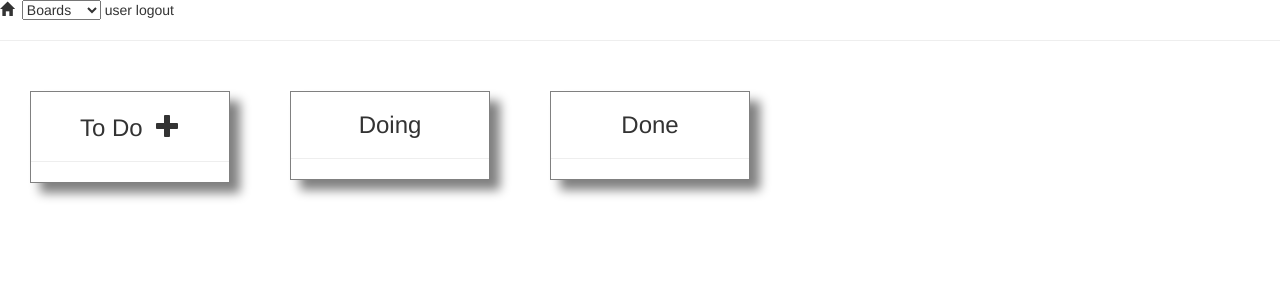
Repository: KIM-KYOUNG-OH/bitcamp-window
Page: Note/WebContent/front/note.html
The author's editor kept a copy of each file at every save. The page is drawn from the files as they stood at one save, then again after the next save.
The browser window is 1280 px wide. The pictures show the whole page.

Above is the page before, as saved 2020-10-30 08:59:21.

### Note/WebContent/front/note.html
<!DOCTYPE html>
<html>
<head>
<meta charset="UTF-8">
<title>Insert title here</title>
<!-- Latest compiled and minified CSS -->
<link rel="stylesheet" href="https://maxcdn.bootstrapcdn.com/bootstrap/3.4.1/css/bootstrap.min.css">

<!-- jQuery library -->
<script src="https://ajax.googleapis.com/ajax/libs/jquery/3.5.1/jquery.min.js"></script>

<!-- Latest compiled JavaScript -->
<script src="https://maxcdn.bootstrapcdn.com/bootstrap/3.4.1/js/bootstrap.min.js"></script>
<script src="https://code.jquery.com/jquery-3.5.0.js"></script>
<style type="text/css">
	div.boards{
		text-align: center;
		float: left;
		margin: 30px;
		border: 1px solid gray;
		box-shadow: 10px 10px 10px grey;
		width: 200px;
	}

	#create_data{
		text-align: right;
	}

	.board_title{
		display: none;
	}

	.icon{
		text-align: right;
	}

	.add_data:hover{
		cursor: pointer;
		font-weight: bold;
		color: green;
	}

	#dialog-form>form{
		position: absolute;
		left: 100px;
		top: 100px;
		width: 300px;
		border: 1px solid black;
		background-color: white;
		z-index: 10;
		padding: 10px;
	}

	#update-form>form{
		position: absolute;
		left: 100px;
		top: 100px;
		width: 300px;
		border: 1px solid black;
		background-color: white;
		z-index: 10;
		padding: 10px;
	}

	div.lst:hover{
		background-color: rgb(211,211,211);
		cursor: pointer;

	}

	div.lst{
		margin: 5px;
	}

	img.imgs{
		width: 188px;
	}

</style>
</head>
<script type="text/javascript">
$(function(){
	$("#dialog-form").hide();
	$('#update-form').hide();
	showDatas();

	$("#create_data").click(function(){
		$("#dialog-form").show();
	});

	// 노트 추가
	$("#btnadd").click(function(){
		var title = $("#title").val();
		var description = $("#description").val();
		var imageValue = $("#image").val().split("\\");
		var image = imageValue[imageValue.length-1];
		var dueDate = $("#dueDate").val();
		$.ajax({
			type:'get',
			url:'./insertdata.jsp',
			datatype:'html',
			data:{"title":title,"description":description,
				"image":image,"dueDate":dueDate},
			success:function(data){
				showDatas();
			}
		});
	});

	// insert폼창 닫기
	$("#btncancel").click(function(){
		$("#title").val('');
		$("#description").val('');
		$("#comment").val('');
		$("#image").val('');
		$("#dueDate").val('');
		$("#dialog-form").hide();
	});

	// 데이터 클릭시 form창 열기
	$(document).one('click', 'div.lst', function(data) {
		$('#update-form').show();
		var num = $(this).attr("num");
		showFormData(num);
	})

	// update폼창 닫기
	$('#up_btncancel').click(function(){
		//$("#up_title").val('');
		//$("#up_description").val('');
		//$("#up_comment").val('');
		//$("#up_image").val('');
		//$("#up_dueDate").val('');
		$('#update-form').hide();
	});

	// update
	$("#btnupdate").click(function(){
		var num = $("#up_title").attr('num');
		var title = $("#up_title").val();
		var description = $("#up_description").val();
		var commention = $("#up_comment").val();
		console.log(commention);
		var imageValue = $("#up_image").val().split("\\");
		var image = imageValue[imageValue.length-1];
		var dueDate = $("#up_dueDate").val();
		updateData(num,title,description,commention,image,dueDate);
	});

	//insert form창 작은 이미지
	$("#image").change(function(){
		console.log("1:"+$(this)[0].files.length);
		console.log("2:"+$(this)[0].files[0]);

		if($(this)[0].files[0]){
			var reader = new FileReader();
			reader.onload=function(e){
				$("#showimg").attr("src",e.target.result);
			}
			reader.readAsDataURL($(this)[0].files[0]);
		}
	});

	//update form창 작은 이미지
	$("#up_image").change(function(){
		console.log("1:"+$(this)[0].files.length);
		console.log("2:"+$(this)[0].files[0]);

		if($(this)[0].files[0]){
			var reader = new FileReader();
			reader.onload=function(e){
				$("#up_showimg").attr("src",e.target.result);
			}
			reader.readAsDataURL($(this)[0].files[0]);
		}
	});

	$("#chat").click(function(){
		var a = localStorage['email'].split('@');
		var name = a[0];
		var t = $("#up_comment").html();
		var message = $("#up_input_comment").val();
		var s = name + ">><br>&nbsp;" +message+"<br>";
		$("#up_input_comment").val('');
		t += s;
		if(message.length>0){
			$("#up_comment").html(t);
		}
	});

	// delete
	$("#btndelete").click(function(){
		var num = $("#up_title").attr('num');
		console.log(num);
		deleteData(num);
	});
});

function deleteData(num){
	$.ajax({
		type: 'get',
		url: './deletedata.jsp',
		dataType: 'html',
		data: {"num":num},
		success:function(data){
			showDatas();
		}
	});
}

function updateData(num,title,description,commention,image,dueDate){
	$.ajax({
		type: 'get',
		url: './updatedata.jsp',
		dataType: 'html',
		data:{"num":num,"title":title,"description":description,"commention":commention,
			"image":image,"dueDate":dueDate},
		success:function(data){
			showDatas();
		}
	});
}

function showFormData(num){
	$.ajax({
		type: 'post',
		url: "./getdata.jsp",
		dataType:'json',
		data:{"num":num},
		success:function(data){
			$("#up_title").attr('num',data.num);
			$("#up_title").val(data.title);
			$("#up_description").val(data.description);
			var s = data.commention;
			$("#up_comment").html(s);
			//$("#up_image").val(data.image);
			$("#up_dueDate").val(data.dueDate);

		}
	});
}

function showDatas(){
	$.ajax({
		type: 'post',
		url: "./showdatas.jsp",
		dataType:'json',
		success:function(data){
			var s = '';
			$(data).each(function(i, elt) {
				s += "<div class='lst' num='"+elt.num+"'>";
				s += "<b>"+(i+1)+". <span id='key'>"+elt.title+ "</span></b><br>";
				if(elt.description){
					s += "<span class='glyphicon glyphicon-align-left'></span><br>";
				}
				if(elt.image){
					s += "<img class='imgs' src='../image/"+elt.image+"'>";
				}
				s += "</div><hr>";
			});

			$("#datas").html(s);
		}
	});
}

</script>
<body>
<div id="dialog-form">
  <form>
	<fieldset>
	<h4 style='text-align: center;'><b>노트 추가</b></h4><br>
		<label>title</label><br>
		<input type="text" id="title" placeholder="노트명 입력"><br>
		<label>description</label><br>
		<textarea id="description" rows='8' cols='35'></textarea><br>
		<label>image</label>
		<input type="file" accept="image/*" id="image"><br>
		<img id = "showimg" style="width:140px;"><br>
		<label>dueDate</label>
		<input type="date" id="dueDate"><br>
		<button id="btnadd" type="submit" class="btn btn-success">노트 추가</button>&nbsp;
		<button id="btncancel" type='button' class="btn btn-danger">cancel</button>
	</fieldset>
  </form>
</div>

<div id="update-form">
  <form>
	<fieldset>
	<h4 style='text-align: center;'><b>노트 정보</b></h4><br>
		<label>title</label><br>
		<input type="text" id="up_title" placeholder="노트명 입력"><br>
		<label>description</label><br>
		<textarea id="up_description" style='overflow:scroll; width:268px; height: 166px;' rows='8' cols='35'></textarea><br>
		<label>commention</label><br>
		<input type="text" id="up_input_comment" placeholder="코멘트 입력">
		&nbsp;<button type="button" id='chat' class="btn btn-success" style="height: 28px; width: 80px; ">Enter</button><br>
		<div id="up_comment" style='overflow:scroll; width:268px; height: 166px;'></div><br>
		<label>image</label>
		<input type="file" accept="image/*" id="up_image"><br>
		<img id = "up_showimg" style="width:140px;"><br>
		<label>dueDate</label>
		<input type="date" id="up_dueDate"><br>
		<button id="btnupdate" type="submit" class="btn btn-success">노트 수정</button>&nbsp;
		<button id="btndelete" type="submit" class="btn btn-warning">노트 삭제</button>&nbsp;
		<button id="up_btncancel" type='button' class="btn btn-danger">cancel</button>
	</fieldset>
  </form>
</div>

<div id='head'></div>
	<span class="glyphicon glyphicon-home"></span>&nbsp;
	<select>
		<option>Boards</option>
		<option>Calendar</option>
	</select>
	<span id='user'>user</span>
	<span>logout</span>
	<hr>
<div id='body'></div>
	<div class='boards'><h3>To Do&nbsp;
	<span class="add_data glyphicon glyphicon-plus" id='create_data'></span></h3>
	<hr>
	<div id='datas' class='daaas'></div>
</div>

	<div class='boards'><h3>Doing</h3>
	<hr></div>
	<div class='boards'><h3>Done</h3>
	<hr></div>
</body>
</html>

After the next save:
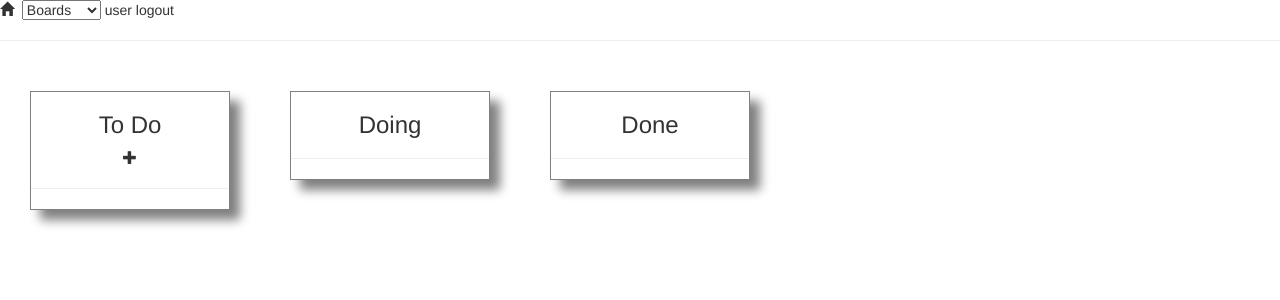
Saved 28 s later.
--- a/Note/WebContent/front/note.html
+++ b/Note/WebContent/front/note.html
@@ -319,8 +319,8 @@ function showDatas(){
 	<span>logout</span>
 	<hr>
 <div id='body'></div>
-	<div class='boards'><h3>To Do&nbsp;
-	<span class="add_data glyphicon glyphicon-plus" id='create_data'></span></h3>
+	<div class='boards'><h3>To Do</h3>
+	<span class="add_data glyphicon glyphicon-plus" id='create_data'></span>
 	<hr>
 	<div id='datas' class='daaas'></div>
 </div>
